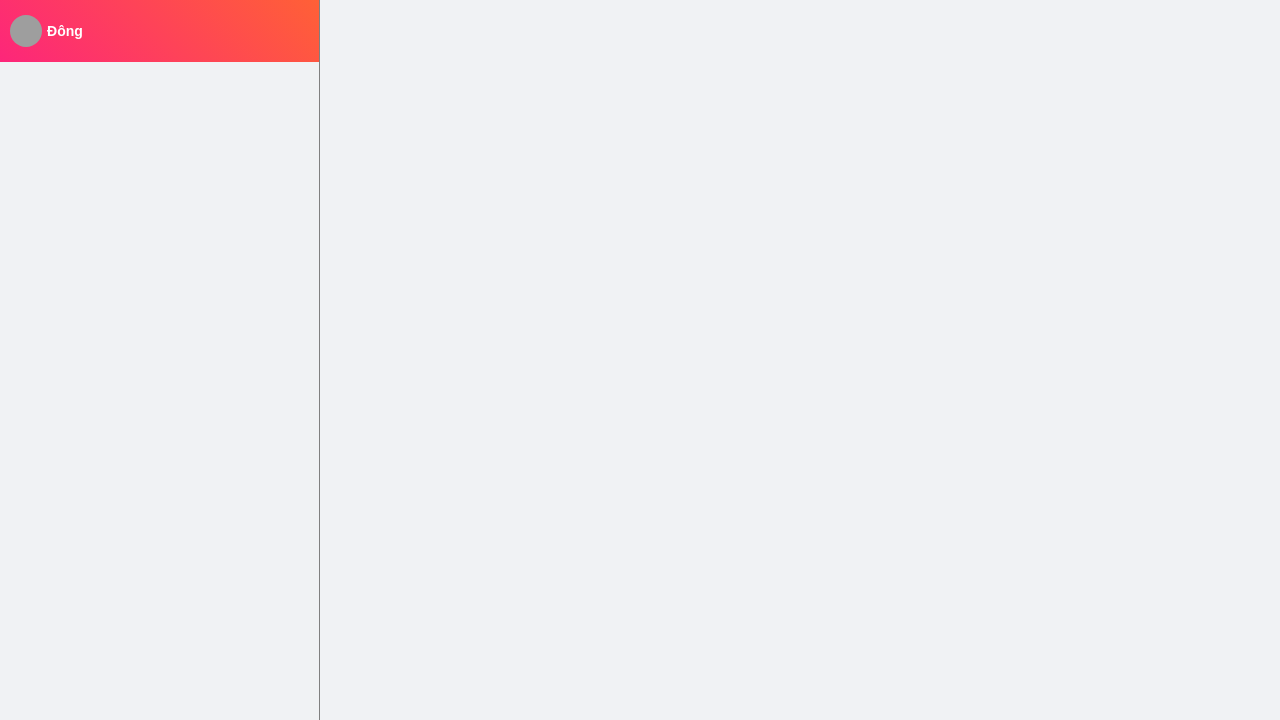
Repository: conquy2002/T2009A
Page: Project RobinTinder/website/index.html
The author's editor kept a copy of each file at every save. The page is drawn from the files as they stood at one save, then again after the next save.
The browser window is 1280 px wide. The pictures show the whole page.
Pictures or frames that could not be fetched are drawn as grey boxes.

Above is the page before, as saved 2022-01-07 08:42:46.

After the next save:
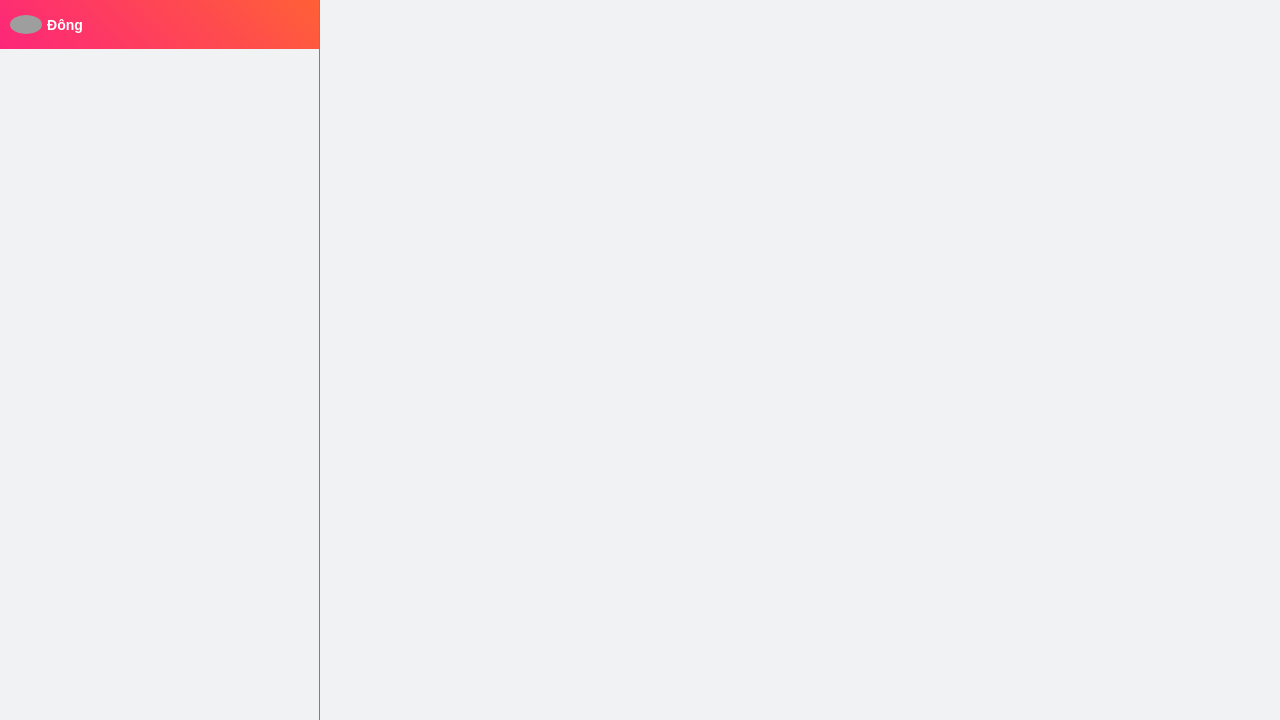
Saved 14 s later.
--- a/Project RobinTinder/website/css/style.css
+++ b/Project RobinTinder/website/css/style.css
@@ -34,7 +34,7 @@
     flex-basis: 25%;
 }
 .nav__hearder--profile img{
-    height: 32px;
+    height: 1.2rem;
     width: 32px;
     border-radius: 50%;
     margin-right: 5px;
